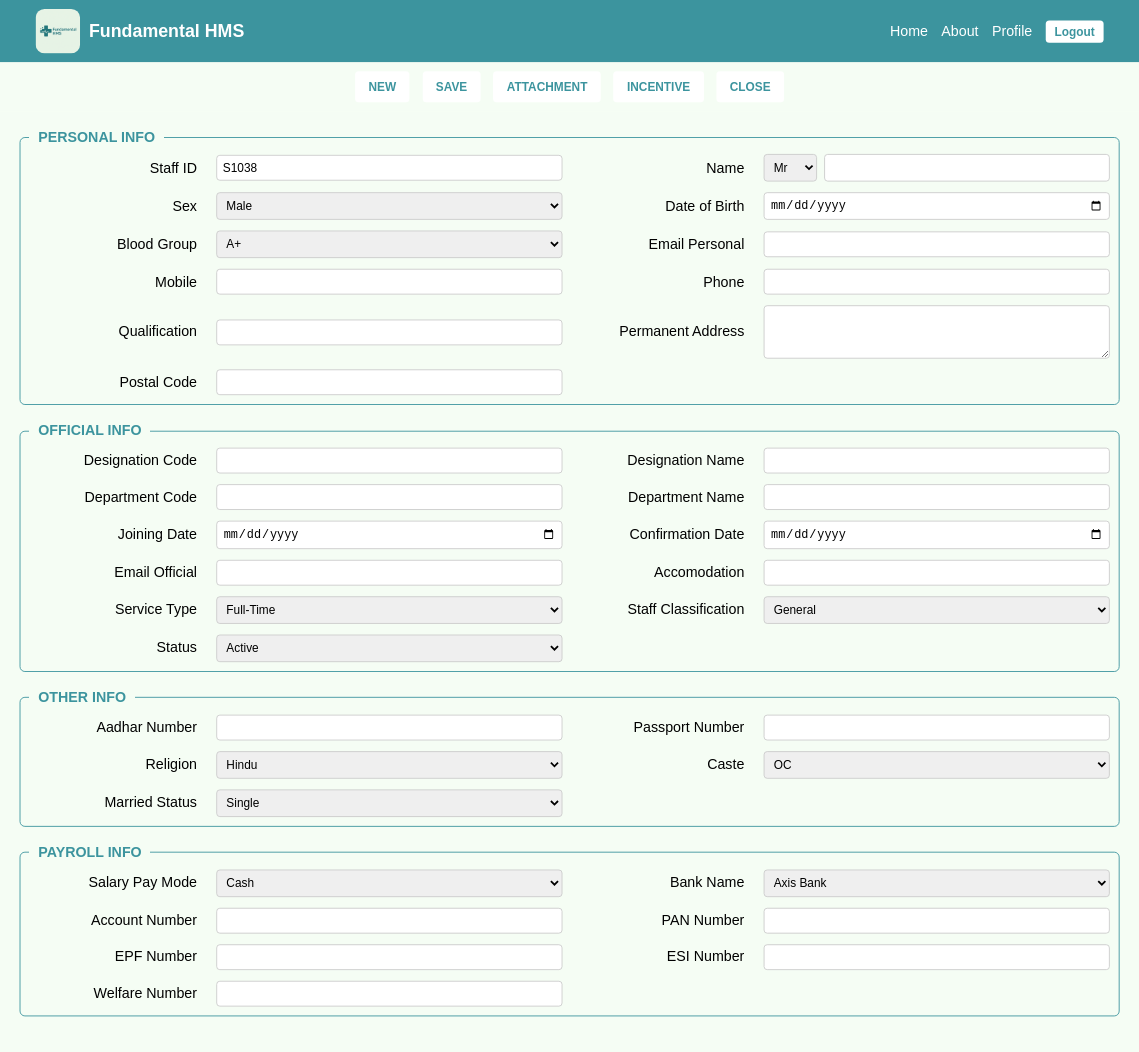
Repository: NAGENDRAN0/New
Page: http://localhost/staff
The author's editor kept a copy of each file at every save. The page is drawn from the files as they stood at one save, then again after the next save.
The browser window is 1280 px wide. The pictures show the whole page, at 89% of full size.
The page is this project's Thymeleaf template; nobody is signed in. The template is opened directly, without the code that normally fills it, so the values that code supplies are empty.

Above is the page before, as saved 2025-05-19 08:03:04.

### Documents/workspace-spring-tool-suite-4-4.25.0.RELEASE/HMS/src/main/resources/templates/staff.html
<!DOCTYPE html>
<html lang="en">
<head>
  <meta charset="UTF-8">
  <title>Fundamental</title>
  	<link rel="icon" type="/image/Logo/png" href="/image/Logo.png" style="border-radius: 8px;">

  <style>
	body {
	  font-family: Arial, sans-serif;
	  background-color: #f5fdf4;
	  margin: 0;
	  padding: 0;
	}
	.grid {
	  grid-template-columns: 1fr 3fr 1fr 3fr; /* more space for input cells */
	}


	.header {
		background-color: #f5fdf4;

	  padding: 10px;
	  text-align: center;
	}

	.header button {
	  background-color: #fff;
	  border: none;
	  padding: 10px 15px;
	  margin: 0 5px;
	  cursor: pointer;
	  font-weight: bold;
	  color: #3C949E;
	  border-radius: 4px;
	}

	.form-container {
	  padding: 20px;
	}

	fieldset {
	  border: 1px solid #3C949E;
	  margin-bottom: 20px;
	  border-radius: 6px;
	  padding: 10px;
	}

	legend {
	  font-weight: bold;
	  color: #3C949E;
	  padding: 0 10px;
	}

	.grid {
	  display: grid;
	  grid-template-columns: 1fr 2fr 1fr 2fr;
	  gap: 12px 16px;
	  align-items: center;
	}

	label {
	  text-align: right;
	  padding-right: 6px;
	  white-space: nowrap;
	}

	input, select, textarea {
	  width: 100%;
	  padding: 6px;
	  border-radius: 4px;
	  border: 1px solid #ccc;
	  box-sizing: border-box;
	}

	textarea {
	  resize: vertical;
	  min-height: 60px;

	}



	@media (max-width: 900px) {
	  .grid {
	    grid-template-columns: 1fr 1fr;
	  }

	  label {
	    text-align: left;
	  }


	}

  </style>
</head>
<body>
	<!-- Place this inside <body> near the top -->

	<nav style="background-color: #3C949E; padding: 10px;">
	  <div style="display: flex; align-items: center; max-width: 1200px; margin: auto; color: white;">
	    <img src="/image/Logo.png" alt="Logo" style="border-radius: 10px; width: 50px; height: 50px; margin-right: 10px;">
	    <a href="/" style="color: white; font-weight: bold; text-decoration: none; font-size: 1.25rem; flex-grow: 1;">
	      Fundamental HMS
	    </a>
	    <a href="/" style="color: white; margin-right: 15px; text-decoration: none;">Home</a>
	    <a href="/features" style="color: white; margin-right: 15px; text-decoration: none;">About</a>
	    <a href="/contact" style="color: white; margin-right: 15px; text-decoration: none;">Profile</a>
	    <a href="/logout" style="color: white; text-decoration: none;">
	      <button style="background: white; border: none; color: #3C949E; font-weight: bold; padding: 5px 10px; border-radius: 4px; cursor: pointer;">
	        Logout
	      </button>
	    </a>
	  </div>
	</nav>

  <div class="header">
    <button>NEW</button>
    <button>SAVE</button>
    <button>ATTACHMENT</button>
    <button>INCENTIVE</button>
    <button>CLOSE</button>
  </div>

  <form class="form-container">
    <fieldset>
      <legend>PERSONAL INFO</legend>

		<!-- Inside fieldset -->
		<div class="grid">
		  <label>Staff ID</label>
		  <input type="text" name="staffId" value="S1038" readonly>

		  <label>Name</label>
		  <div style="display: flex; gap: 8px;">
		    <select name="prefix" style="flex: 0 0 60px;">
		      <option>Mr</option>
		      <option>Mrs</option>
		      <option>Ms</option>
		    </select>
		    <input type="text" name="name" style="flex: 1;">
		  </div>

		  <label>Sex</label>
		  <select name="sex"><option>Male</option><option>Female</option></select>

		  <label>Date of Birth</label>
		  <input type="date" name="dob">

		  <label>Blood Group</label>
		  <select name="bloodGroup">
		    <option>A+</option>
		    <option>O+</option>
		  </select>

		  <label>Email Personal</label>
		  <input type="email" name="email">

		  <label>Mobile</label>
		  <input type="tel" name="mobile">

		  <label>Phone</label>
		  <input type="tel" name="phone">

		  <label>Qualification</label>
		  <input type="text" name="qualification">

		  <label>Permanent Address</label>
		  <textarea name="permanentAddress" ></textarea>

		  <label>Postal Code</label>
		  <input type="text" name="postalCode">
		</div>
      </div>
    </fieldset>

    <fieldset>
      <legend>OFFICIAL INFO</legend>
      <div class="grid">
        <label>Designation Code</label>
        <input type="text">

        <label>Designation Name</label>
        <input type="text">

        <label>Department Code</label>
        <input type="text">

        <label>Department Name</label>
        <input type="text">

        <label>Joining Date</label>
        <input type="date">

        <label>Confirmation Date</label>
        <input type="date">

        <label>Email Official</label>
        <input type="email">

        <label>Accomodation</label>
        <input type="text">

        <label>Service Type</label>
        <select><option>Full-Time</option></select>

        <label>Staff Classification</label>
        <select><option>General</option></select>

        <label>Status</label>
        <select><option>Active</option></select>
      </div>
    </fieldset>

    <fieldset>
      <legend>OTHER INFO</legend>
      <div class="grid">
        <label>Aadhar Number</label>
        <input type="text">

        <label>Passport Number</label>
        <input type="text">

        <label>Religion</label>
        <select><option>Hindu</option></select>

        <label>Caste</label>
        <select><option>OC</option><option>BC</option></select>

        <label>Married Status</label>
        <select><option>Single</option><option>Married</option></select>
      </div>
    </fieldset>

    <fieldset>
      <legend>PAYROLL INFO</legend>
      <div class="grid">
        <label>Salary Pay Mode</label>
        <select><option>Cash</option><option>Bank</option></select>

        <label>Bank Name</label>
        <select><option>Axis Bank</option></select>

        <label>Account Number</label>
        <input type="text">

        <label>PAN Number</label>
        <input type="text">

        <label>EPF Number</label>
        <input type="text">

        <label>ESI Number</label>
        <input type="text">

        <label>Welfare Number</label>
        <input type="text">
      </div>
    </fieldset>
  </form>
</body>
</html>

After the next save:
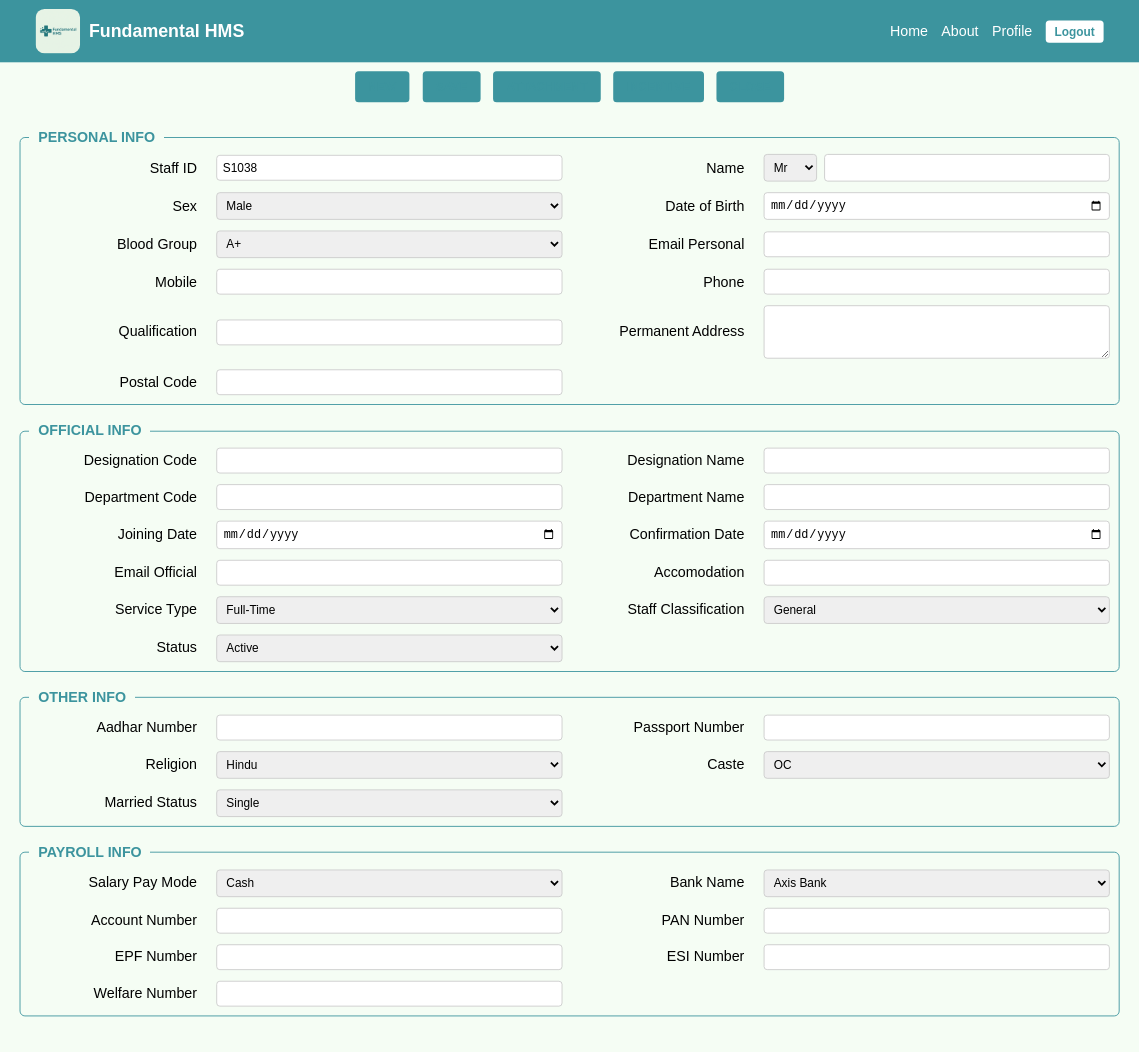
Saved 41 s later.
--- a/Documents/workspace-spring-tool-suite-4-4.25.0.RELEASE/HMS/src/main/resources/templates/staff.html
+++ b/Documents/workspace-spring-tool-suite-4-4.25.0.RELEASE/HMS/src/main/resources/templates/staff.html
@@ -18,14 +18,12 @@
 
 
 	.header {
-		background-color: #f5fdf4;
-
 	  padding: 10px;
 	  text-align: center;
 	}
 
 	.header button {
-	  background-color: #fff;
+	  background-color: #3C949E;
 	  border: none;
 	  padding: 10px 15px;
 	  margin: 0 5px;
